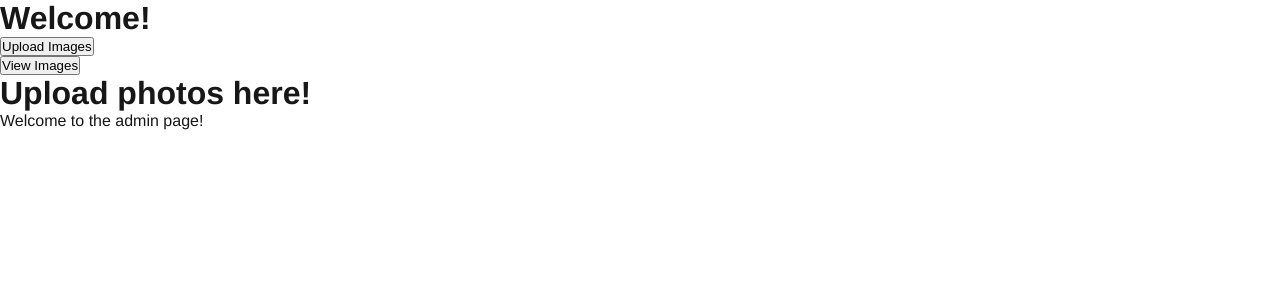
Repository: EricRobertCampbell/palaeo-fossil-classifier
Page: /dashboard (app in palaeo-fossil-classifier/), after clicking the first element matching `button.button`
The author's editor kept a copy of each file at every save. The page is drawn from the files as they stood at one save, then again after the next save.
The browser window is 1280 px wide. The pictures show the whole page.
Some web libraries are served in a nearby version. The project was rebuilt for these pictures with package versions that can differ from the ones it lists, and the page was loaded fresh each time. The framework's server and built-in components were replaced by stand-ins that run in the browser. Also part of the build but not shown: palaeo-fossil-classifier/next.config.ts, palaeo-fossil-classifier/app/classify.tsx.

Above is the page before, as saved 2024-11-30 14:26:58.

### palaeo-fossil-classifier/app/dashboard/page.tsx
"use client";
import React from "react";
import "./page.module.css";
import { useState } from "react";
import Admin from "../admin";
import Classify from "../classify";

export default function dashboard() {
  const [component1, setComponent1] = useState(false);
  const [component2, setComponent2] = useState(false);

  const handleAdmin = () => {
    setComponent1(true);
    setComponent2(false);
  };
  const handleClasify = () => {
    setComponent2(true);
    setComponent1(false);
  };

  return (
    <div>
      <h1>Welcome!</h1>
      <div className="area">
        <nav className="main-menu">
          <ul>
            <li className="">
              <button
                className="button"
                onClick={() => {
                  handleAdmin();
                }}
              >
                <span className="nav-text">Upload Images</span>
              </button>
            </li>
            <li className="has-subnav">
              <button
                className="button"
                onClick={() => {
                  handleClasify();
                }}
              >
                <span className="nav-text">View Images</span>
              </button>
            </li>
          </ul>
        </nav>
        <div className="component">{component1 ? <Admin /> : <></>}</div>
        <div className="component">{component2 ? <Classify /> : <></>}</div>
      </div>
    </div>
  );
}

### palaeo-fossil-classifier/app/globals.css
:root {
  --background: #ffffff;
  --foreground: #171717;
}

@media (prefers-color-scheme: dark) {
  :root {
    --background: #0a0a0a;
    --foreground: #ededed;
  }
}

html,
body {
  max-width: 100vw;
  overflow-x: hidden;
}

body {
  color: var(--foreground);
  background: var(--background);
  font-family: Helvetica;
  -webkit-font-smoothing: antialiased;
  -moz-osx-font-smoothing: grayscale;
}

* {
  box-sizing: border-box;
  padding: 0;
  margin: 0;
}

a {
  color: inherit;
  text-decoration: none;
}

@media (prefers-color-scheme: dark) {
  html {
    color-scheme: dark;
  }
}

### palaeo-fossil-classifier/app/dashboard/page.module.css
@import url(//netdna.bootstrapcdn.com/font-awesome/4.0.3/css/font-awesome.css);

@import url(https://fonts.googleapis.com/css?family=Titillium+Web:300);

.area{
    display: inline;
}

.button{
    font-family: Helvetica;
    padding: 1.5rem;
    margin: 1rem;
}

.main-menu:hover,nav.main-menu.expanded {
width:250px;
overflow:visible;
}

.main-menu>ul {
margin:7px 0;
}

.main-menu li {
position:relative;
display:block;
width:250px;
}

.main-menu li>a {
position:relative;
display:table;
border-collapse:collapse;
border-spacing:0;
color:#999;
 font-family: arial;
font-size: 14px;
text-decoration:none;
-webkit-transform:translateZ(0) scale(1,1);
-webkit-transition:all .1s linear;
transition:all .1s linear;

}

.main-menu .nav-icon {
position:relative;
display:table-cell;
width:60px;
height:36px;
text-align:center;
vertical-align:middle;
font-size:18px;
}

.main-menu .nav-text {
position:relative;
display:table-cell;
vertical-align:middle;
width:190px;
  font-family: 'Titillium Web', sans-serif;
}

.main-menu>ul.logout {
position:absolute;
left:0;
bottom:0;
}

.no-touch .scrollable.hover {
overflow-y:hidden;
}

.no-touch .scrollable.hover:hover {
overflow-y:auto;
overflow:visible;
}

.a:hover,.a:focus {
text-decoration:none;
}

.nav {
-webkit-user-select:none;
-moz-user-select:none;
-ms-user-select:none;
-o-user-select:none;
user-select:none;
}

.area {
float: left;
background: #e2e2e2;
width: 50%;
height: 50%;
}

.component{
    display: inline;
}

@font-face {
  font-family: 'Titillium Web';
  font-style: normal;
  font-weight: 300;
  src: local('Titillium WebLight'), local('TitilliumWeb-Light'), url(http://themes.googleusercontent.com/static/fonts/titilliumweb/v2/anMUvcNT0H1YN4FII8wpr24bNCNEoFTpS2BTjF6FB5E.woff) format('woff');
}

### palaeo-fossil-classifier/app/admin.tsx
import React from "react";

export default function admin() {
  return (
    <div>
      <h1>Upload photos here!</h1>
      <p>Welcome to the admin page!</p>
    </div>
  );
}

Loaded but not shown: palaeo-fossil-classifier/app/layout.tsx (common file)

After the next save:
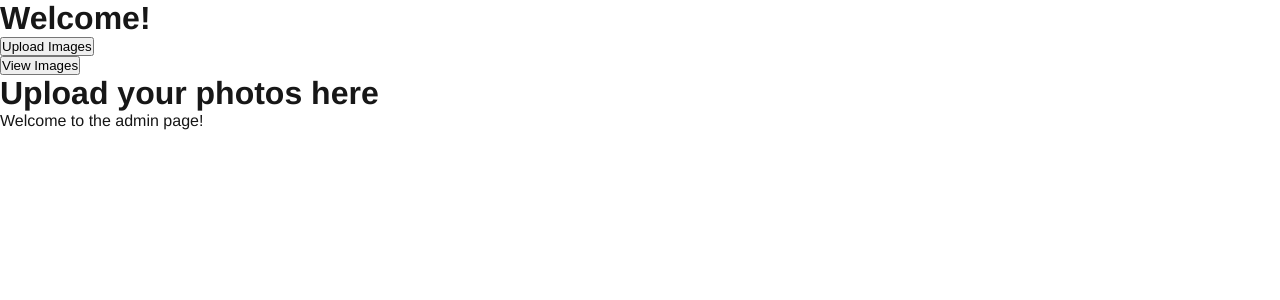
Saved 9 s later.
--- a/palaeo-fossil-classifier/app/admin.tsx
+++ b/palaeo-fossil-classifier/app/admin.tsx
@@ -3,7 +3,7 @@ import React from "react";
 export default function admin() {
   return (
     <div>
-      <h1>Upload photos here!</h1>
+      <h1>Upload your photos here</h1>
       <p>Welcome to the admin page!</p>
     </div>
   );
